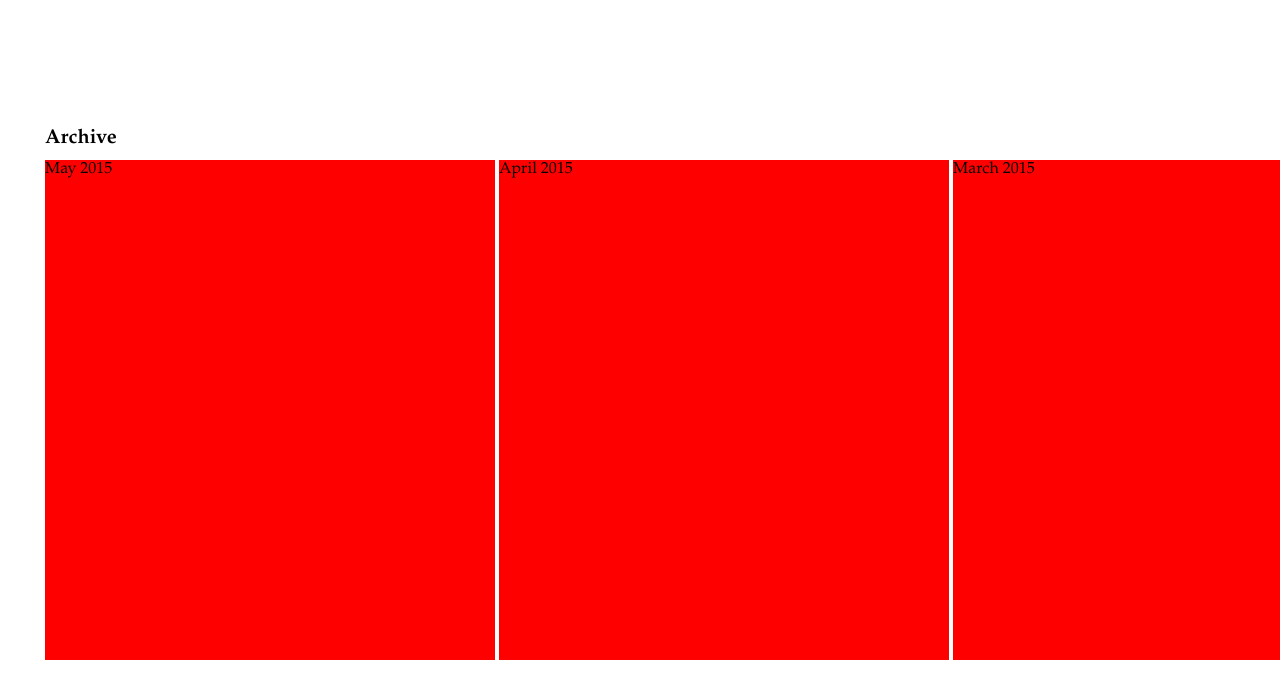
Repository: simonekurtz/simonekurtz.github.io
Page: 3ASGN_Catalog/archive.html
The author's editor kept a record of every edit. The page is drawn from the files as they stood at one moment, then again after the next edit.
The browser window is 1280 px wide. The pictures show the whole page.
Some web libraries are served in a nearby version.

Above is the page before.

After the next edit:
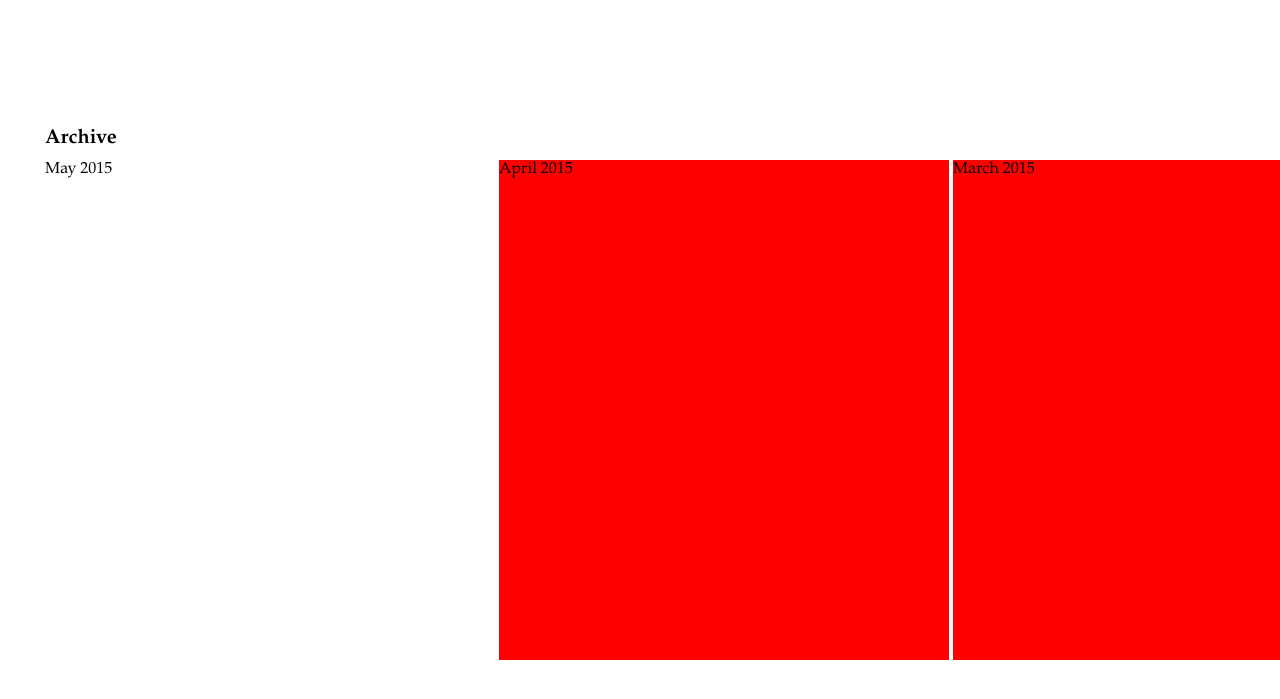
The edit:
--- a/3ASGN_Catalog/archive.css
+++ b/3ASGN_Catalog/archive.css
@@ -323,7 +323,7 @@
     display: inline-block;
     width: 450px;
     height: 500px;
-    background-color: red;
+    background-color: white;
 }
 
 .c2 {
